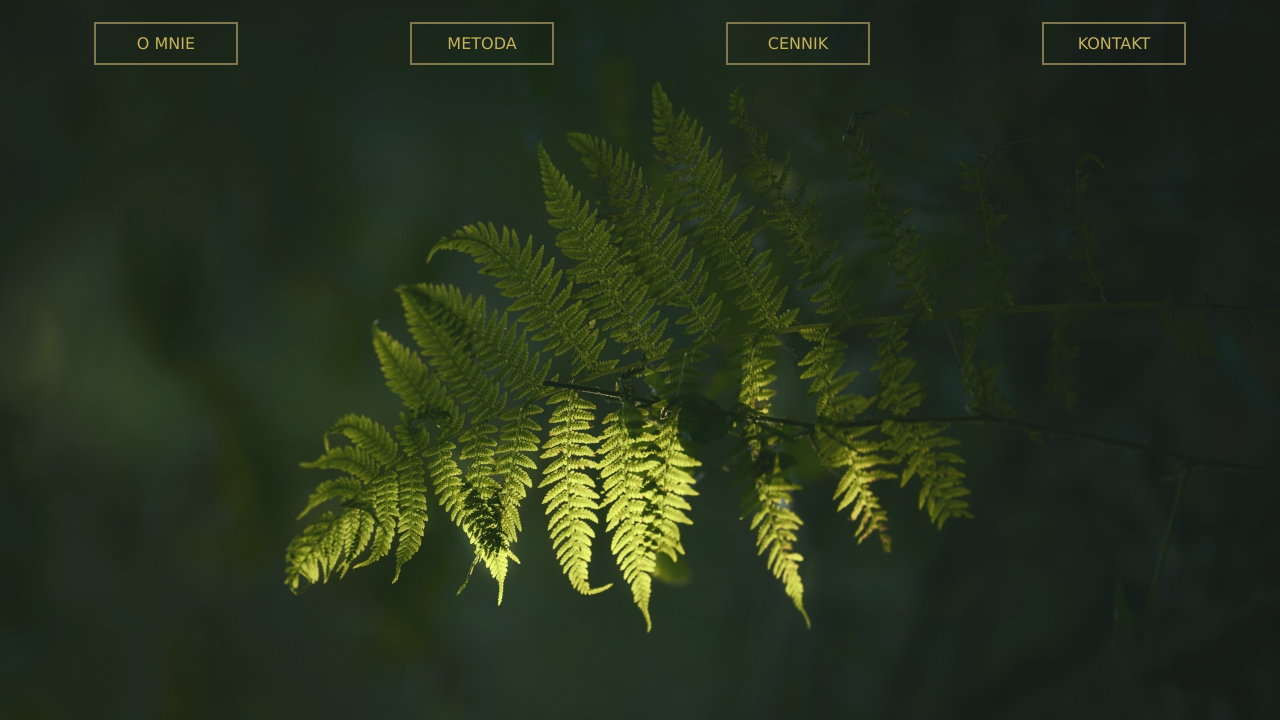
Repository: LechCieslak/Anna_Cieslak_v2.1
Page: index.html
An editor plug-in stored every save of this project. The page is shown before and after a run of saves, followed by the edit.
The browser window is 1280 px wide. The pictures show the whole page.

Above is the page before, as saved 2020-09-16 22:02:06.

After the next 2 saves:
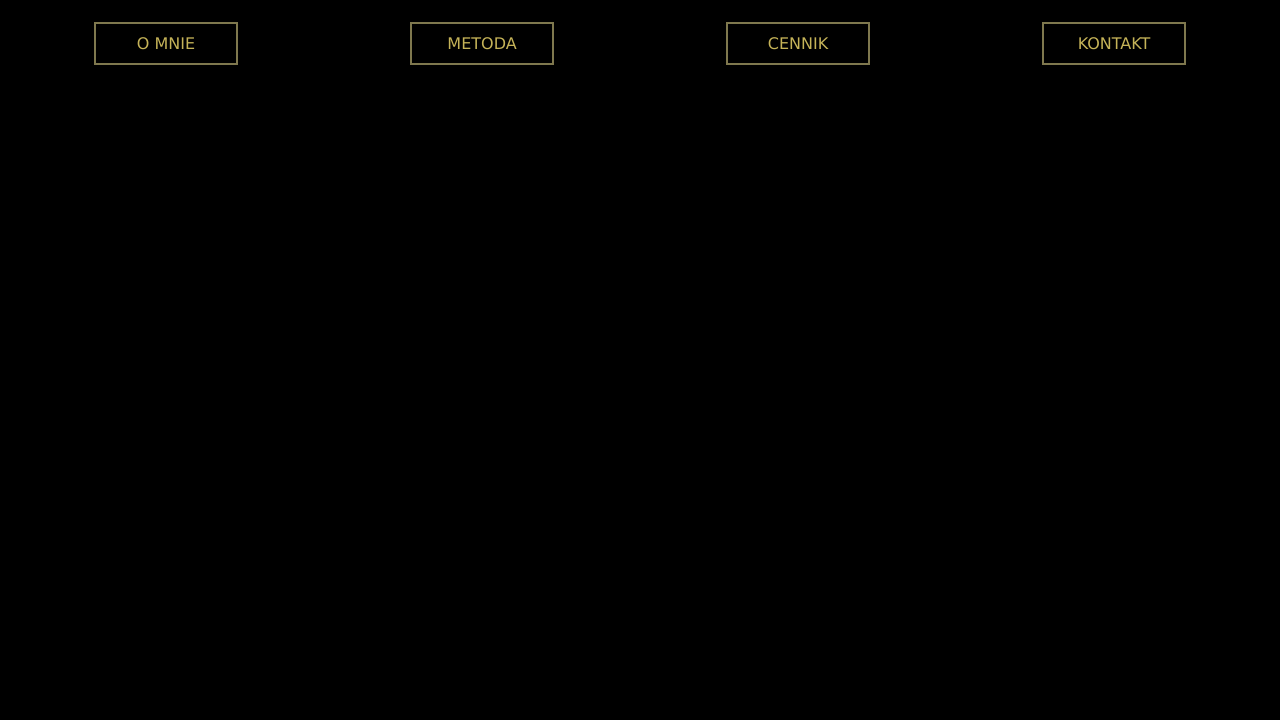
The 2 saves are shown as one change because they came seconds apart.
The last was saved 54 s later.
--- a/style.css
+++ b/style.css
@@ -7,7 +7,6 @@ body {
     --tlo: #4C6464;
     --text: #C5B358;
     --ramka: #7F784E;
-    background-image: url("images/background-poz.jpg");
     background-position-x: center;
     background-color: black;
     color: var(--text);
